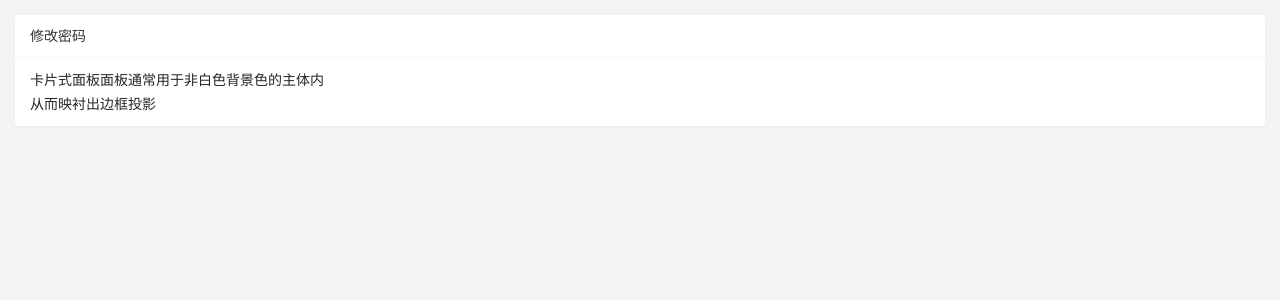
Repository: 1zhoukexin/web_aad
Page: user/user_pwd.html
These files come from the project's save history. The page is drawn as it stood at one moment and after the next save; the edit follows.
The browser window is 1280 px wide. The pictures show the whole page.

Above is the page before, as saved 2021-04-17 13:47:16.

After the next save:
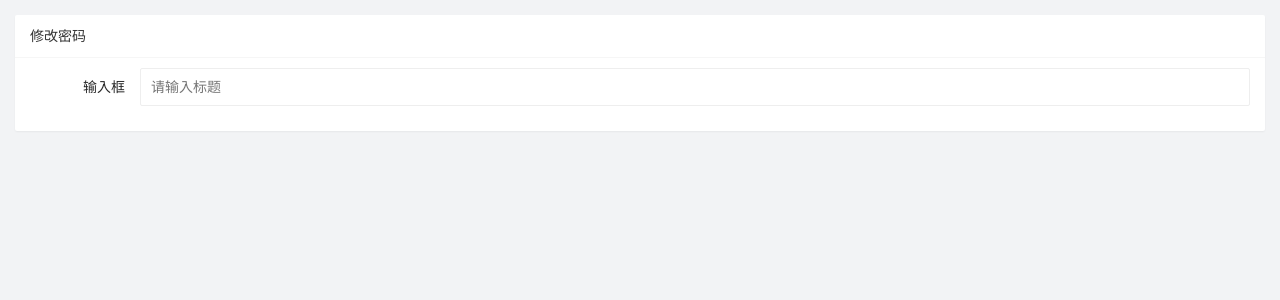
Saved 50 s later.
--- a/user/user_pwd.html
+++ b/user/user_pwd.html
@@ -15,7 +15,13 @@
     <div class="layui-card">
         <div class="layui-card-header">修改密码</div>
         <div class="layui-card-body">
-            卡片式面板面板通常用于非白色背景色的主体内<br> 从而映衬出边框投影
+            <form class="layui-form" action="">
+                <div class="layui-form-item">
+                    <label class="layui-form-label">输入框</label>
+                    <div class="layui-input-block">
+                        <input type="text" name="title" required lay-verify="required" placeholder="请输入标题" autocomplete="off" class="layui-input">
+                    </div>
+                </div>
         </div>
     </div>
 </body>
